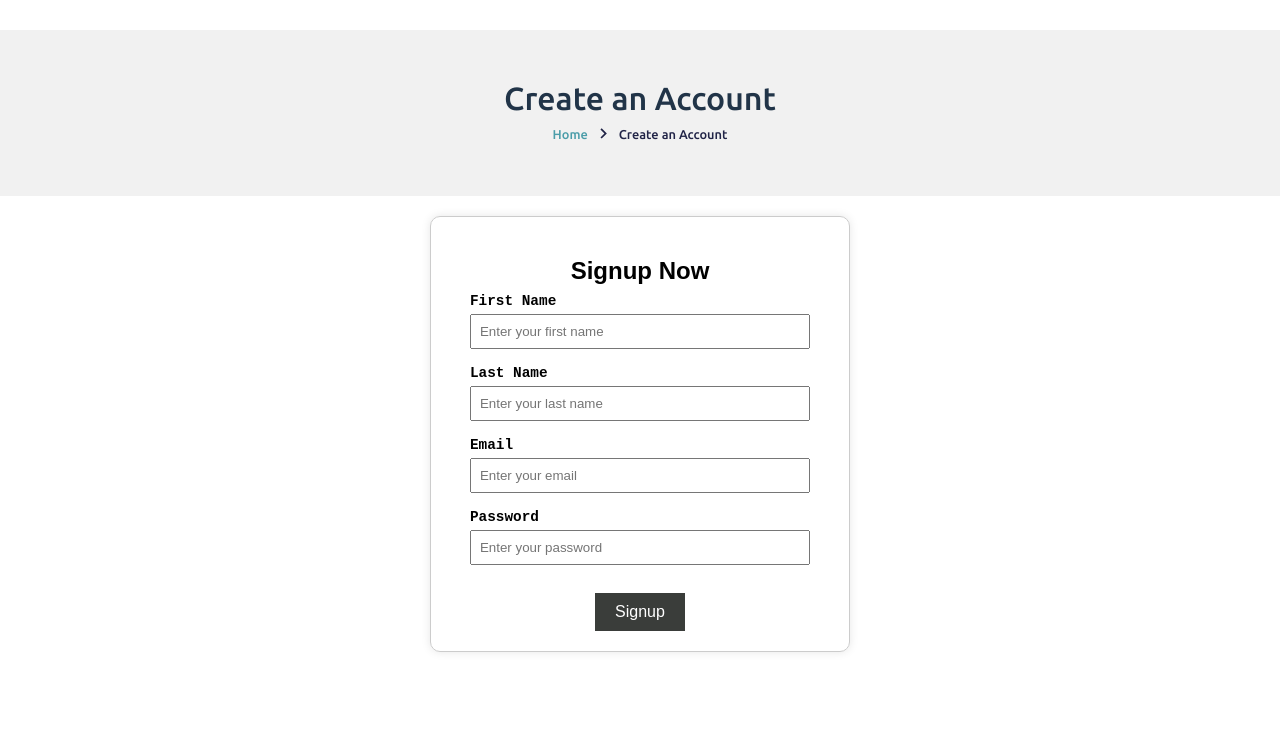
Repository: jkvekariya/Online-store-Management
Page: /auth/signup (app in frontend/client/)
The author's editor kept a copy of each file at every save. The page is drawn from the files as they stood at one save, then again after the next save.
The browser window is 1280 px wide. The pictures show the whole page.
Some web fonts or font styles are not loaded; a fallback is used. The project was rebuilt for these pictures with package versions that can differ from the ones it lists, and the page was loaded fresh each time. Also part of the build but not shown: frontend/client/vite.config.js, frontend/client/src/css/header.css, frontend/client/src/css/sidebar.css, frontend/client/src/components/Sidebar.jsx, frontend/client/src/context/CartContext.jsx, frontend/client/src/components/Header.jsx, frontend/client/src/css/footer.css, frontend/client/src/components/Footer.jsx and 11 more.

Above is the page before, as saved 2026-01-02 14:16:07.

### frontend/client/index.html
<!doctype html>
<html lang="en">
  <head>
    <meta charset="UTF-8" />
    <link rel="icon" type="image/svg+xml" href="/vite.svg" />
    <meta name="viewport" content="width=device-width, initial-scale=1.0" />
    <title>Online Store Management System</title>
  </head>
  <body>
    <div id="root"></div>
    <script type="module" src="/src/main.jsx"></script>
  </body>
</html>

### frontend/client/src/main.jsx
import React from 'react'
import ReactDOM from 'react-dom/client'
import { BrowserRouter } from 'react-router-dom'
import App from './App.jsx'
import './index.css'

ReactDOM.createRoot(document.getElementById('root')).render(
  <React.StrictMode>
    <BrowserRouter>
      <App />
    </BrowserRouter>
  </React.StrictMode>,
)

### frontend/client/src/App.jsx
import { Routes, Route } from "react-router-dom";

import AuthLayout from "./layout/AuthLayout";
import UserLayout from "./layout/UserLayout";
import AdminLayout from "./layout/AdminLayout";

import Login from "./pages/auth/Login";
import Signup from "./pages/auth/Signup";
import Home from "./pages/user/Home";
import Dashboard from "./pages/admin/Dashboard";
import Contact from "./pages/user/Contact";
import About from "./pages/user/About";
import Services from "./pages/user/Services";
import Shop from "./pages/user/Shop";

function App() {
  return (
    <Routes>

      {/* AUTH ROUTES */}
      <Route path="/auth" element={<AuthLayout />}>
        <Route path="login" element={<Login />} />
        <Route path="signup" element={<Signup />} />
      </Route>

      {/* USER ROUTES */}
      <Route path="/" element={<UserLayout />}>
        <Route index element={<Home />} />
        <Route path="pages/user/contact" element={<Contact />} />
        <Route path="pages/user/about" element={<About />} />
        <Route path="pages/user/services" element={<Services />} />
        <Route path="pages/user/shop" element={<Shop />} />
      </Route>

      {/* ADMIN ROUTES */}
      <Route path="/admin" element={<AdminLayout />}>
        <Route path="dashboard" element={<Dashboard />} />
      </Route>

    </Routes>
  );
}

export default App;

### frontend/client/src/index.css
* {
  margin: 0;
  padding: 0;
  box-sizing: border-box;
}

#root {
  min-height: 100vh;
}

### frontend/client/src/layout/AuthLayout.jsx
import { Outlet } from "react-router-dom";

const AuthLayout = () => {
  return (
    <div>
      {/* <h2>Auth Section</h2> */}
      <Outlet />
    </div>
  );
};

export default AuthLayout;

### frontend/client/src/pages/auth/Signup.jsx
import React, { useState } from 'react'
import "../../css/signup.css"
import Bodyheader from '../../components/BodyHeader';

const Signup = () => {

    const [email,setEMail] = useState("");
    const [password,setPassword] = useState("");
    const [firstname,setFirstName] = useState("");
    const [lastname,setLastName] = useState("");

  return (
    <>
    <Bodyheader title="Create an Account" />
    <div className='main-container'>
      <h2>Signup Now</h2>
      <div className='first-name-box'>
            <label htmlFor="text">First Name</label>
            <input type="text"
            id="first-name"
            value={firstname}
            onChange={(e) => setFirstName(e.target.value)}
            placeholder='Enter your first name'
            />
        </div>
        <div className='last-name-box'>
            <label htmlFor="text">Last Name</label>
            <input type="text"
            id="last-name"
            value={lastname}
            onChange={(e) => setLastName(e.target.value)}
            placeholder='Enter your last name'
            />
        </div>
        <div className='email-box'>
            <label htmlFor="email">Email</label>
            <input type="email"
            id="email"
            value={email}
            onChange={(e) => setEMail(e.target.value)}
            placeholder='Enter your email'
            />
        </div>
        <div className='password-box'>
            <label htmlFor="password">Password</label>
            <input type="password"
            id="password"
            value={password}
            onChange={(e) => setPassword(e.target.value)}
            placeholder='Enter your password'
            />
        </div>
      <div className='btn'>
            <button onClick={() => {}}>Signup</button>
      </div>
    </div>
    </>
  )
}

export default Signup

### frontend/client/src/css/login.css
.main-container{
    width: 400px;
    margin: auto;
    border: 1px solid #ccc;
    padding: 20px;
    border-radius: 10px;
    box-shadow: 0 0 10px rgba(0, 0, 0, 0.1);
    margin-top: 50px;
    font-family: Arial, sans-serif;
    display: flex;
    justify-content: center;
    align-items: center;
    flex-direction: column;
}

label{
    font-size: 0.9rem;
    display: block;
    font-family: 'Courier New', Courier, monospace;
    font-weight: 700;
    /* margin-bottom: 5px; */
}

.main-container .email-box,.password-box{
 margin: 0.5rem 0;
}

input{
    padding: 8px;
    width: 100%;
    margin-top: 5px;
}

.main-container h2{
    text-align: center;
    margin-top: 20px;
}

.btn{
    width: 100%;
    text-align: center;
}

button{
    margin-top: 20px;
    padding: 10px 20px;
    font-size: 16px;
    cursor: pointer;
    background-color: #3a3d3a;
    color: white;
    border: none;
}

### frontend/client/src/css/signup.css
.main-container{
    width: 100%;
    max-width: 420px;
    margin: 20px auto;
    border: 1px solid #ccc;
    padding: 20px;
    border-radius: 10px;
    box-shadow: 0 0 10px rgba(0, 0, 0, 0.1);
    font-family: Arial, sans-serif;
    display: flex;
    justify-content: center;
    align-items: center;
    flex-direction: column;
}

label{
    font-size: 0.9rem;
    display: block;
    font-family: 'Courier New', Courier, monospace;
    font-weight: 700;
    /* margin-bottom: 5px; */
}

.main-container .email-box,.password-box,.first-name-box,.last-name-box{
 margin: 0.5rem 0;
 width: 90%;
}

input{
    /* padding: 8px; */
    width: 100%;
    margin-top: 5px;
    box-sizing: border-box;
}

.main-container h2{
    text-align: center;
    margin-top: 20px;
}

.btn{
    width: 100%;
    text-align: center;
}

button{
    margin-top: 20px;
    padding: 10px 20px;
    font-size: 16px;
    cursor: pointer;
    background-color: #3a3d3a;
    color: white;
    border: none;
}

### frontend/client/src/components/BodyHeader.jsx
import "../css/bodyheader.css"
import {Link} from 'react-router-dom'
import { MdKeyboardArrowRight } from "react-icons/md";

const Bodyheader = ({title}) => {
  return (
    <>
        <div className="b-header-bg">
            <div className="page-title">
                <h2>{title}</h2>
                <div className="ul-links">
                <ul>
                    <li id="home-link">
                        <Link to='/'>Home</Link>
                    </li>
                       <li><MdKeyboardArrowRight/></li>
                    <li>
                        <Link to=''>{title}</Link>
                    </li>
                </ul>
                </div>
            </div>
        </div>
    </>
  )
}

export default Bodyheader;

### frontend/client/src/css/bodyheader.css
@import url('https://fonts.googleapis.com/css2?family=BBH+Bartle&family=Nunito:ital,wght@0,200..1000;1,200..1000&family=Ubuntu:ital,wght@0,300;0,400;0,500;0,700;1,300;1,400;1,500;1,700&display=swap');

* {
    padding: 0;
    margin: 0;
    box-sizing: border-box;
  }

:root {
    --background-color: #e6e6e68e;
    --header-text-color: #213448;
    --home-link-color: #4B9DA9;
    --title-color: #212447;
    --title-hover-color: #547792;
}

  .b-header-bg {
    margin-top: 30px;
    height: 23vh;
    width: 100vw;
    /* background-color: aqua; */
    background: var(--background-color);
    /* background-blend-mode: darken; */
    /* background-size: cover; */
    /* background-repeat: no-repeat; */
    /* background-position: center; */
    /* background-position-y: 56%; */
    display: flex;
    justify-content: center;
    align-items: center;
  }

  .b-header-bg .page-title {
    height: 10rem;
    width: 20rem;
    display: grid;
    place-items: center;
    align-content: center;
  }

  .b-header-bg .page-title h2 {
    font-size: 2rem;
    margin-bottom: 5px;
    color: var(--header-text-color);
    font-family: "Ubuntu", sans-serif;
    font-weight: 500;
    font-style: normal;
    position: relative;
    z-index: 100;
  }

   .b-header-bg .page-title .ul-links ul{
    /* height: 4rem; */
    width: 10rem;
    display: flex;
    justify-content: center;
    align-items: center;
    gap:0;
  }

  .b-header-bg .page-title .ul-links ul #home-link a {
    color: var(--home-link-color);
  }


  .b-header-bg .page-title .ul-links ul li{
    /* height: 2rem; */
    display: flex;
    justify-content: center;
    align-items: center;
  }

  .b-header-bg .page-title .ul-links ul li svg{
      font-size: 1.3rem;
      color: var(--title-color);
  }

  .b-header-bg .page-title .ul-links ul li a{
    width: max-content;
    text-decoration: none;
    padding: 5px;
    color: var(--title-color);
    font-family: "Ubuntu", sans-serif;
    font-weight: 450;
    font-style: normal;
    font-size: 0.8rem;
    font-style: normal;
  }

  .b-header-bg .page-title .ul-links ul li a:hover{
      color: var(--title-hover-color);
  }

Loaded but not shown: frontend/client/src/css/header.css (no copy from this time; the picture is the same without it)

After the next save:
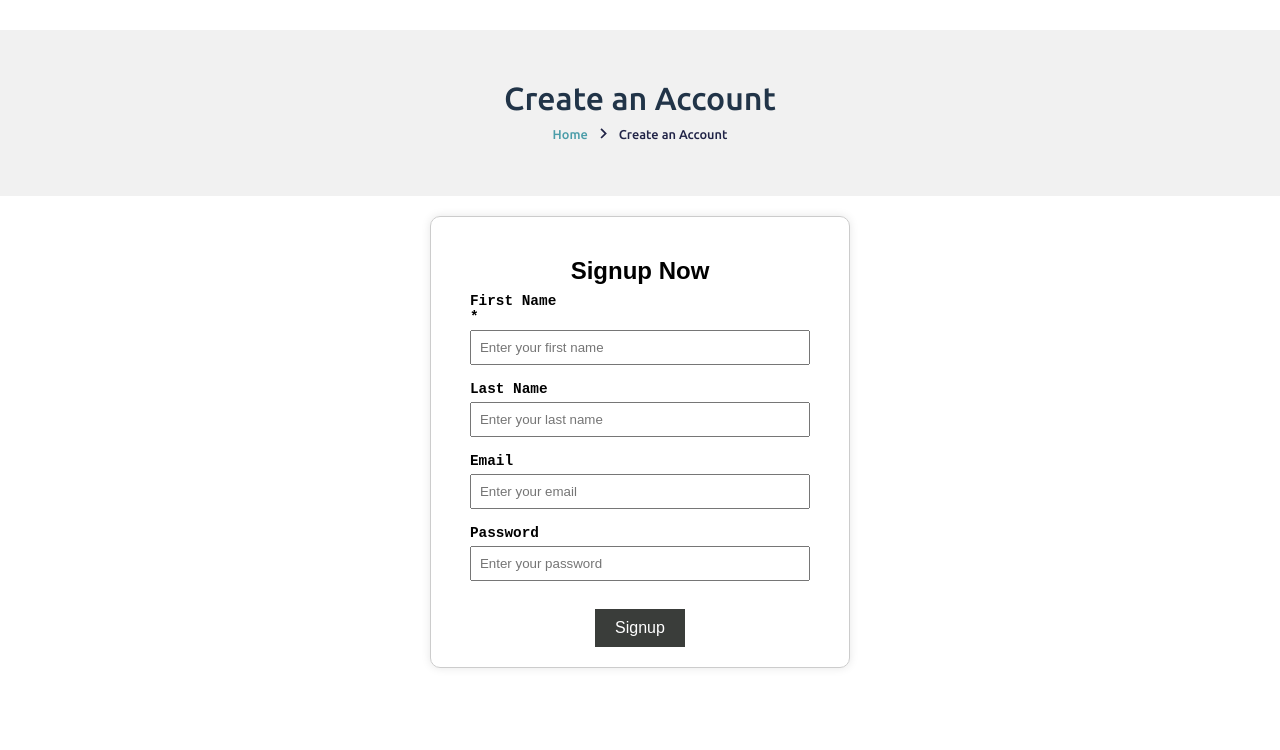
Saved 108 s later.
--- a/frontend/client/src/pages/auth/Signup.jsx
+++ b/frontend/client/src/pages/auth/Signup.jsx
@@ -15,7 +15,7 @@
     <div className='main-container'>
       <h2>Signup Now</h2>
       <div className='first-name-box'>
-            <label htmlFor="text">First Name</label>
+            <label htmlFor="text">First Name<p>*</p></label>
             <input type="text"
             id="first-name"
             value={firstname}

After the save that followed:
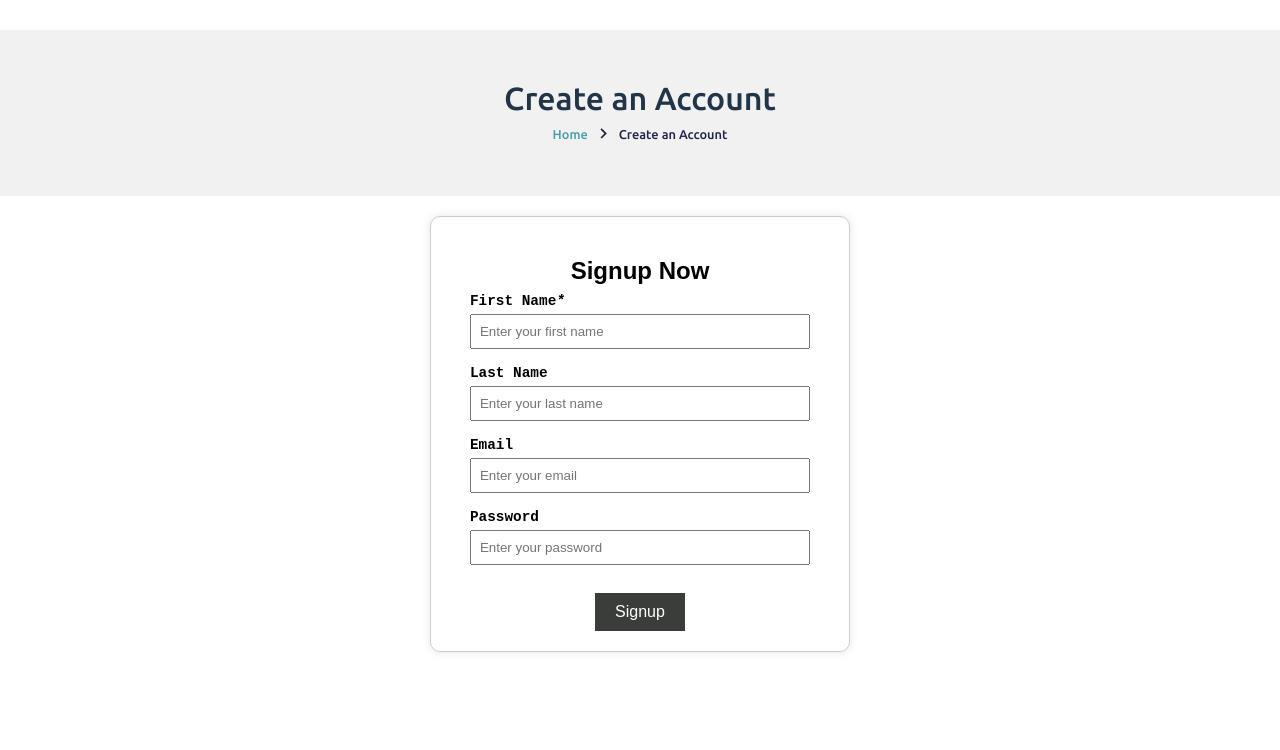
Saved 68 s later.
--- a/frontend/client/src/pages/auth/Signup.jsx
+++ b/frontend/client/src/pages/auth/Signup.jsx
@@ -15,7 +15,7 @@
     <div className='main-container'>
       <h2>Signup Now</h2>
       <div className='first-name-box'>
-            <label htmlFor="text">First Name<p>*</p></label>
+            <label htmlFor="text">First Name<em>*</em></label>
             <input type="text"
             id="first-name"
             value={firstname}
